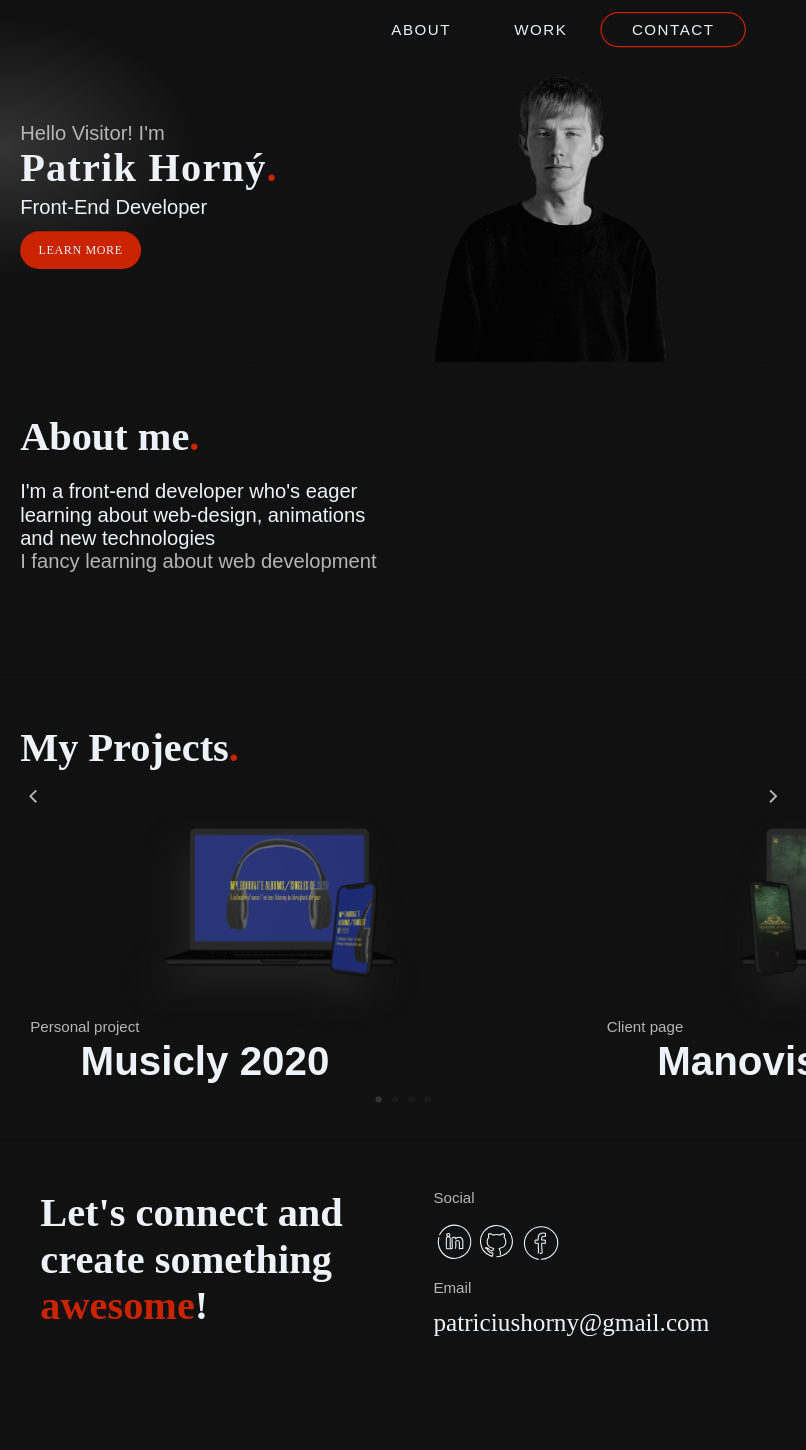
Repository: Spreceriany/portfolio
Page: index.html
An editor plug-in stored every save of this project. The page is shown before and after the next save, followed by the edit.
The browser window is 1280 px wide. The pictures show the whole page, at 63% of full size.
Some web fonts or font styles are not loaded; a fallback is used. The style sheet was rebuilt from its Sass, Less or Tailwind sources for each picture, by a compiler version that may differ from the author's.

Above is the page before, as saved 2021-03-10 22:18:29.

After the next save:
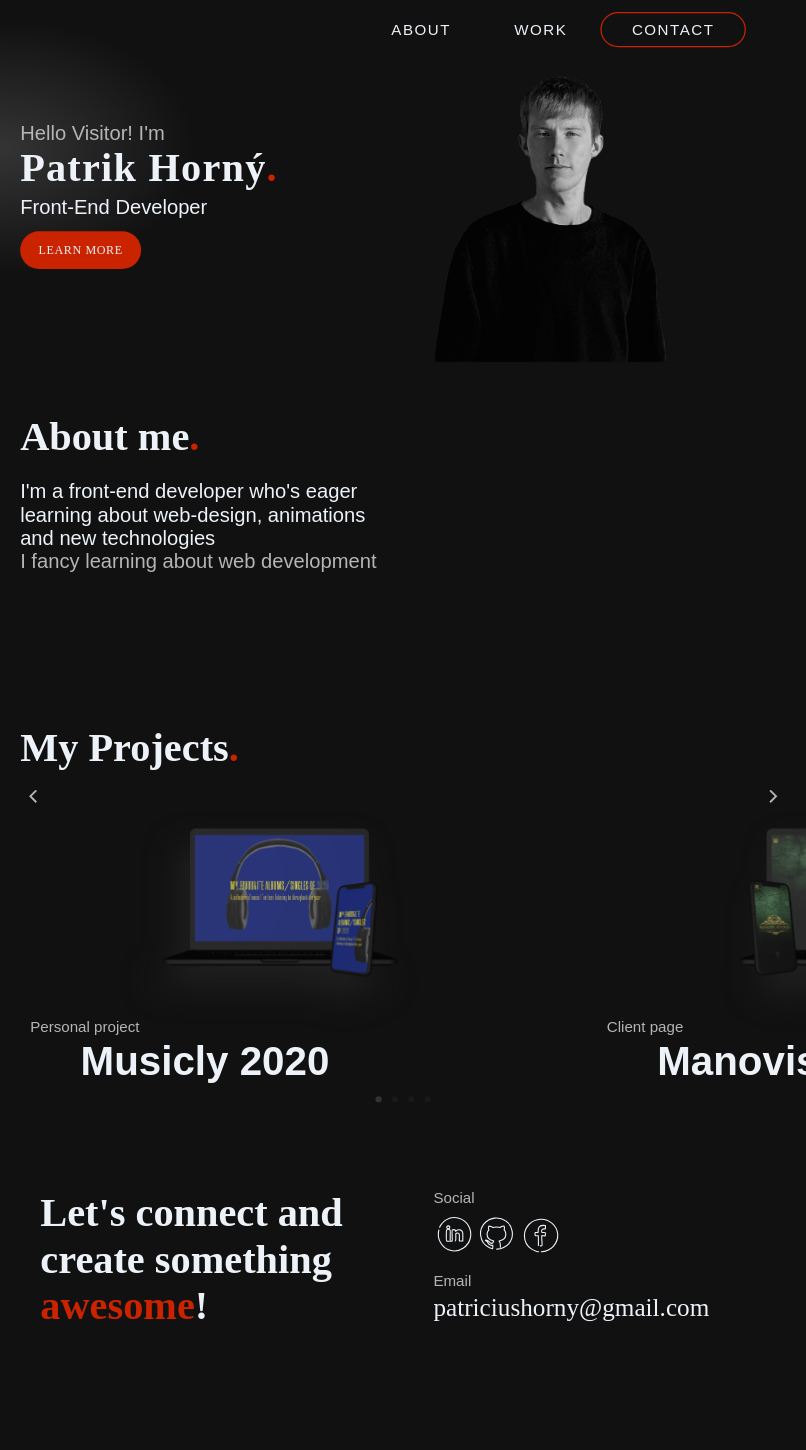
Saved 9 s later.
--- a/css/style.scss
+++ b/css/style.scss
@@ -415,7 +415,7 @@ main {
 
     small{
       @include clamping(.9rem,3vw ,1.5rem );
-      margin-bottom: .7em ;
+      margin-bottom: .2em ;
     }
 
     svg {
